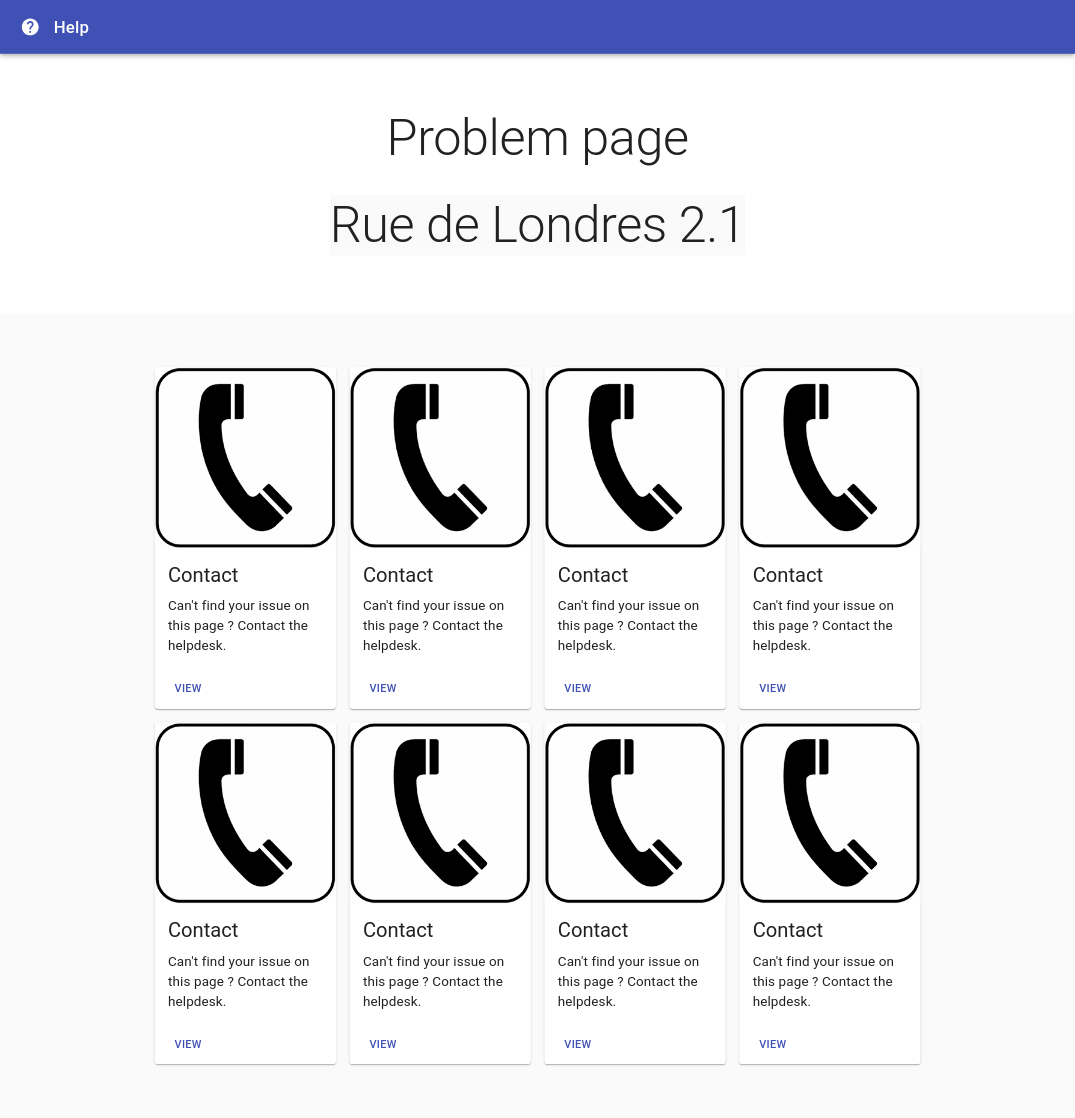
Repository: sapbrussels/intelligenthighway_webapp
Page: /Problempage (app in router/)
An editor plug-in stored every save of this project. The page is shown before and after the next save, followed by the edit.
The browser window is 1280 px wide. The pictures show the whole page, at 84% of full size.
The project was rebuilt for these pictures with package versions that can differ from the ones it lists, and the page was loaded fresh each time. Also part of the build but not shown: router/src/App.css, router/src/Login.js, router/src/Title.js, router/src/Maps.js, router/src/Jobspage.js, router/src/Direction.js, router/src/Maintenance.js, router/src/Help.js.

Above is the page before, as saved 2020-03-31 13:49:36.

After the next save:
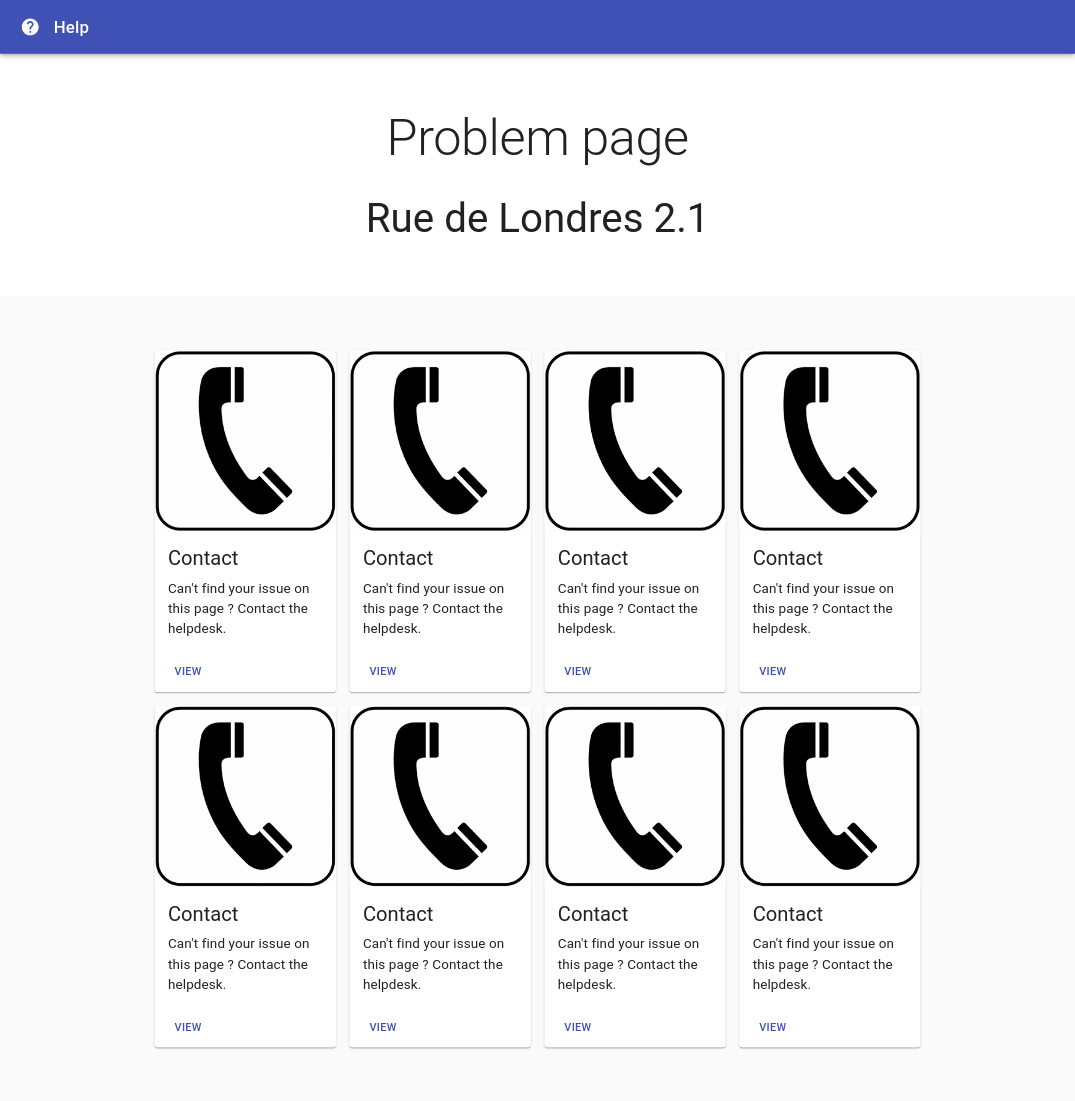
Saved 53 s later.
--- a/router/src/Problempage.js
+++ b/router/src/Problempage.js
@@ -75,7 +75,7 @@ export default function Album() {
             <div className={classes.heroButtons}>
               <Grid container spacing={2} justify="center">
                 <Grid item>
-                <Typography component="body" variant="h2" align="center" color="blue" gutterBottom>
+                <Typography component="h3" variant="h3" align="center" color="textPrimary" gutterBottom>
                  Rue de Londres 2.1
                 </Typography>
                 </Grid>
